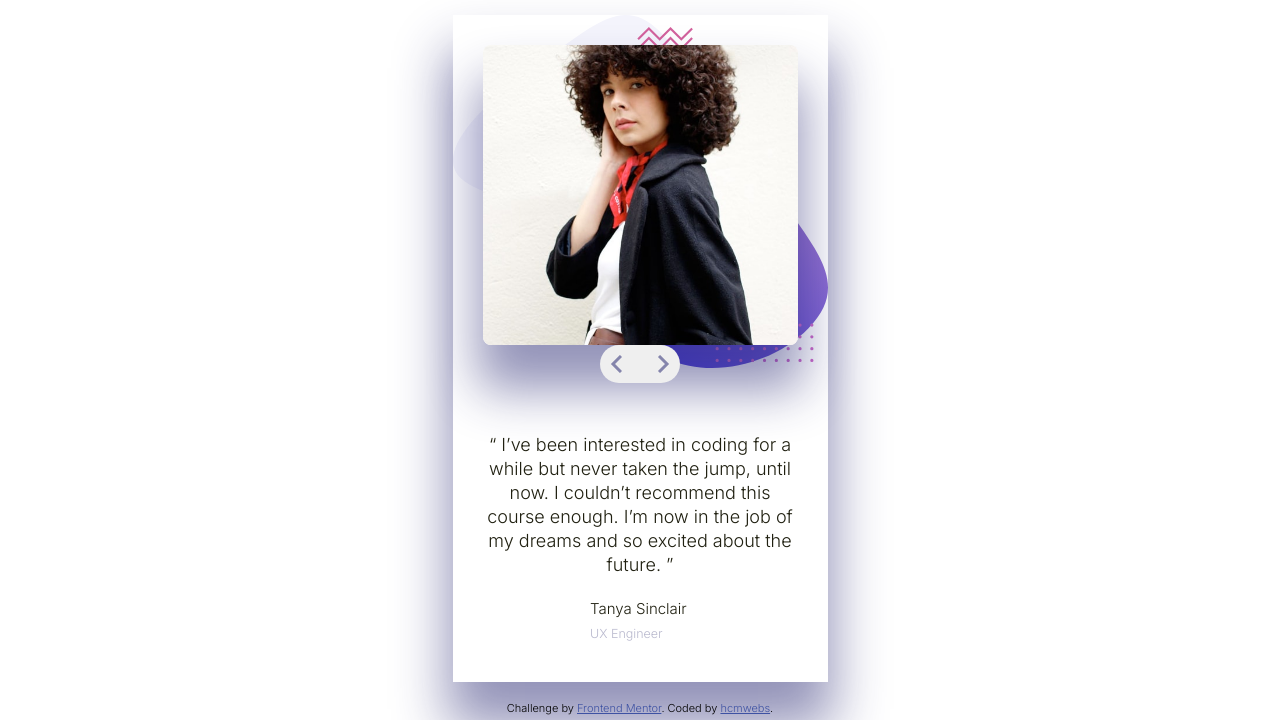
Repository: Hcmwebs/Coding-Bootcamp-Testimonials
Page: index.html
These files come from the project's save history. The page is drawn as it stood at one moment and after the next save; the edit follows.
The browser window is 1280 px wide. The pictures show the whole page.
The style sheet was rebuilt from its Sass, Less or Tailwind sources for each picture, by a compiler version that may differ from the author's.

Above is the page before, as saved 2020-10-30 20:38:57.

After the next save:
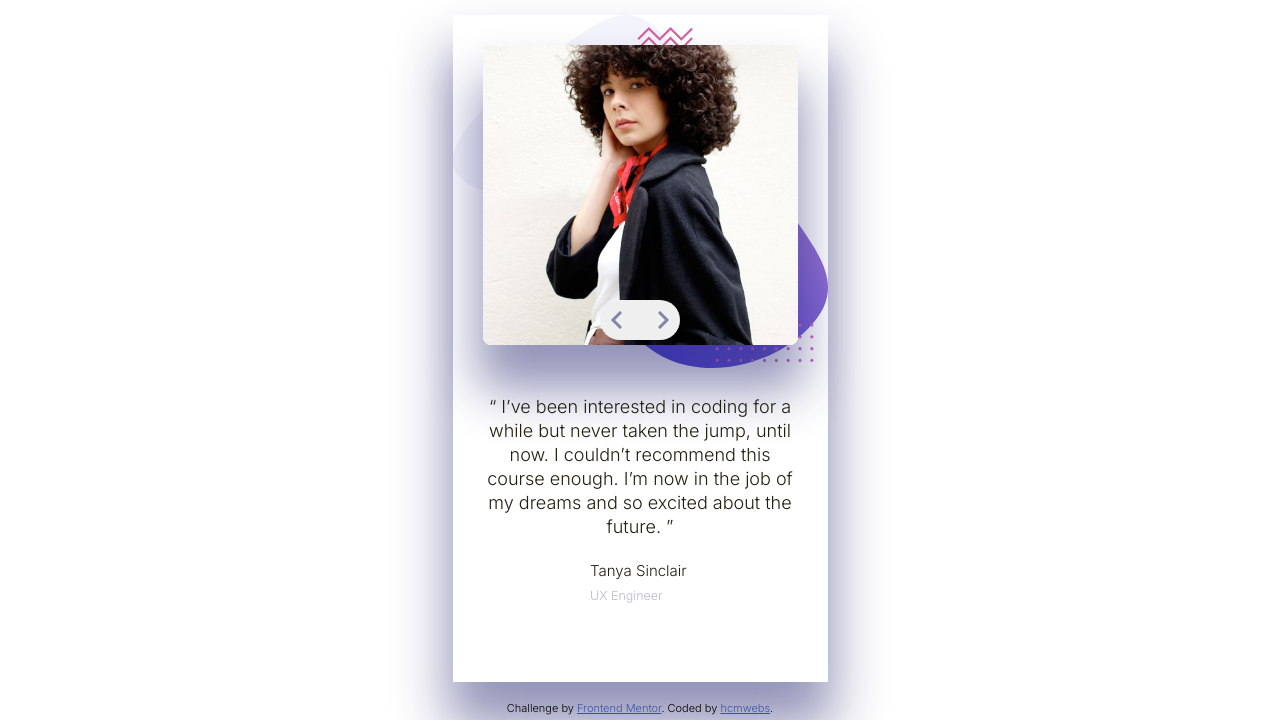
Saved 2 min 6 s later.
--- a/scss/main.scss
+++ b/scss/main.scss
@@ -83,6 +83,8 @@ body{
     border-radius: 28px;
     border: none;
     @include flexSpaceBetween;
+    position:absolute;
+    top:300px
   }
 
 
